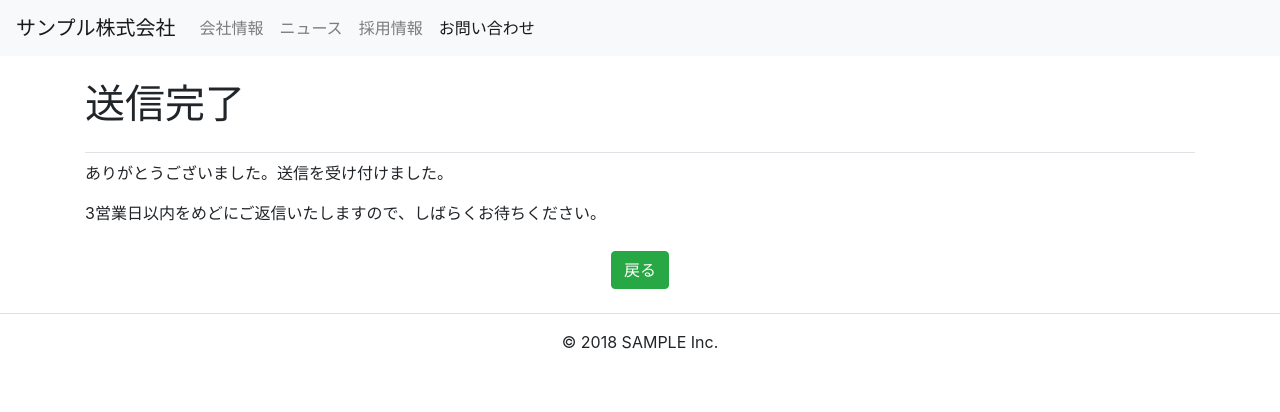
Repository: kazumasatomoto/kadai-tasklist-
Page: complete.html
The author's editor kept a record of every edit. The page is drawn from the files as they stood at one moment, then again after the next edit.
The browser window is 1280 px wide. The pictures show the whole page.
Some web libraries are served in a nearby version.

Above is the page before.

After the next edit:
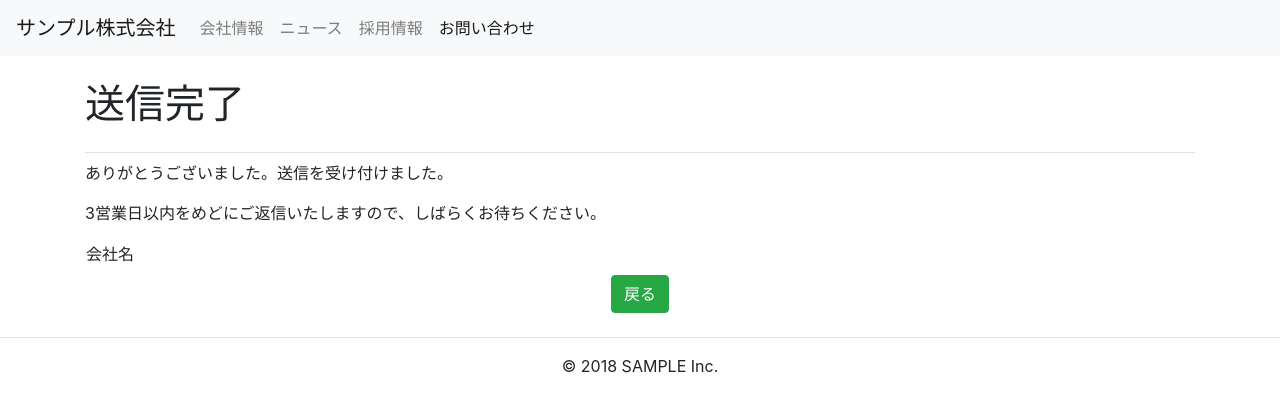
The edit:
--- a/complete.html
+++ b/complete.html
@@ -31,7 +31,7 @@
             <p>3営業日以内をめどにご返信いたしますので、しばらくお待ちください。</p>
             <table>
                 <tr>
-                    <td></td>
+                    <td>会社名</td>
                 </tr>
                 <tr>
                     <td></td>
